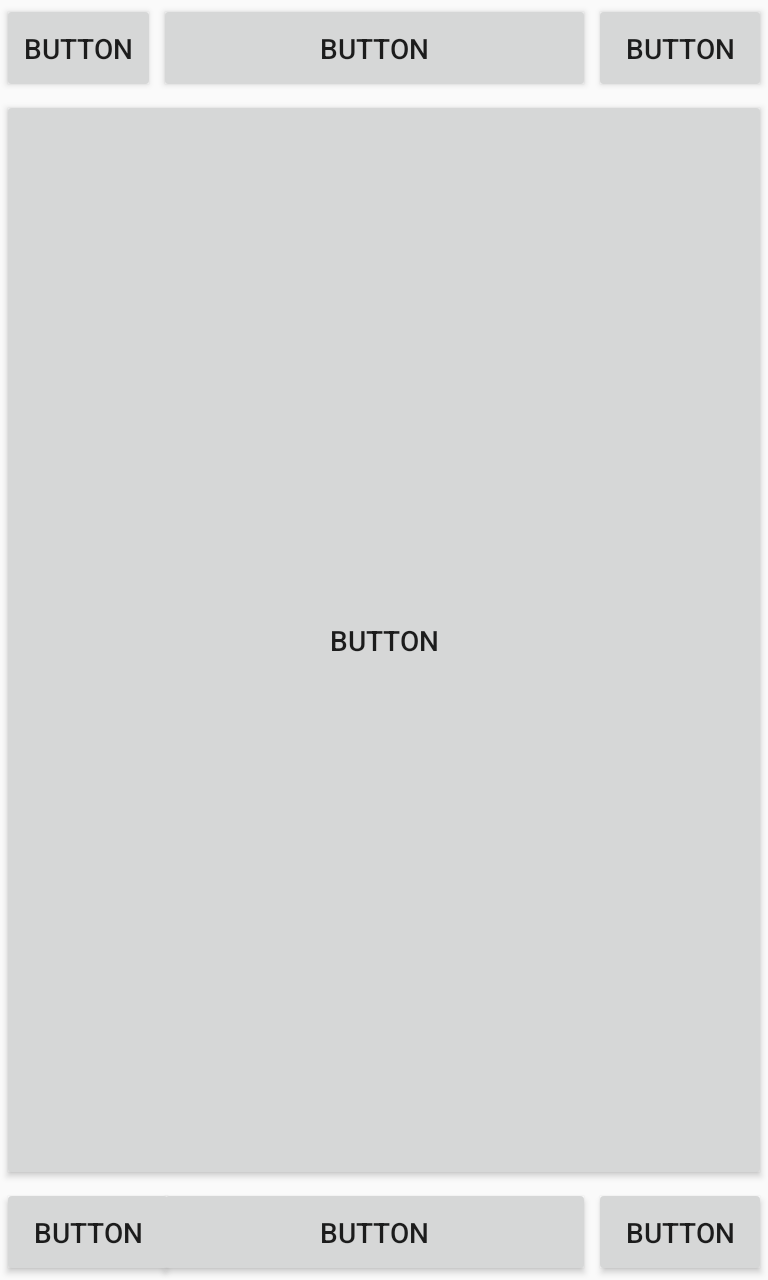
Repository: PaulAlfred/Android_Exercises
Layout: MoreLayouts/res/layout/relative_layout_top_bot_cent2.xml
An editor plug-in stored every save of this project. The layout is shown before and after the next save, followed by the edit.
It is drawn on a 768 x 1280 px phone screen (xhdpi) without system bars, with theme AppTheme; the app's code is not run. The app's manifest (not shown) leaves right-to-left support off. So textAlignment, textDirection and layoutDirection are ignored, and left and right values win over start and end ones.

Above is the layout before, as saved 2014-10-27 01:23:13.

### MoreLayouts/res/layout/relative_layout_top_bot_cent2.xml
<?xml version="1.0" encoding="utf-8"?>
<RelativeLayout xmlns:android="http://schemas.android.com/apk/res/android"
    android:layout_width="match_parent"
    android:layout_height="match_parent" >

    <Button
        android:id="@+id/button1"
        style="?android:attr/buttonStyleSmall"
        android:layout_width="wrap_content"
        android:layout_height="wrap_content"
        android:layout_alignParentLeft="true"
        android:text="Button" />

    <Button
        android:id="@+id/button2"
        android:layout_width="wrap_content"
        android:layout_height="wrap_content"
        android:layout_toLeftOf="@id/button3"
        android:layout_toRightOf="@id/button1"
        android:text="Button" />

    <Button
        android:id="@+id/button3"
        android:layout_width="wrap_content"
        android:layout_height="wrap_content"
        android:layout_alignParentRight="true"
        android:text="Button" />

    <Button
        android:id="@+id/button4"
        android:layout_width="wrap_content"
        android:layout_height="wrap_content"
        android:layout_alignParentBottom="true"
        android:layout_alignParentLeft="true"
        android:layout_alignParentRight="false"
        android:text="Button"
        android:textSize="14dp" />

    <Button
        android:id="@+id/button5"
        android:layout_width="wrap_content"
        android:layout_height="wrap_content"
        android:layout_alignParentBottom="true"
        android:layout_toLeftOf="@id/button3"
        android:layout_toRightOf="@id/button1"
        android:layout_toStartOf="@id/button4"
        android:text="Button" />

    <Button
        android:id="@+id/button6"
        android:layout_width="wrap_content"
        android:layout_height="wrap_content"
        android:layout_alignParentBottom="true"
        android:layout_alignParentRight="true"
        android:text="Button" />

    <Button
        android:id="@+id/button7"
        android:layout_width="wrap_content"
        android:layout_height="wrap_content"
        android:layout_above="@id/button4"
        android:layout_alignParentLeft="true"
        android:layout_alignParentRight="true"
        android:layout_below="@id/button2"
        android:text="Button" />

</RelativeLayout>

Loaded but not shown: MoreLayouts/res/values/styles.xml (common file); MoreLayouts/res/values-v11/styles.xml (common file); MoreLayouts/res/values-v14/styles.xml (common file)

After the next save:
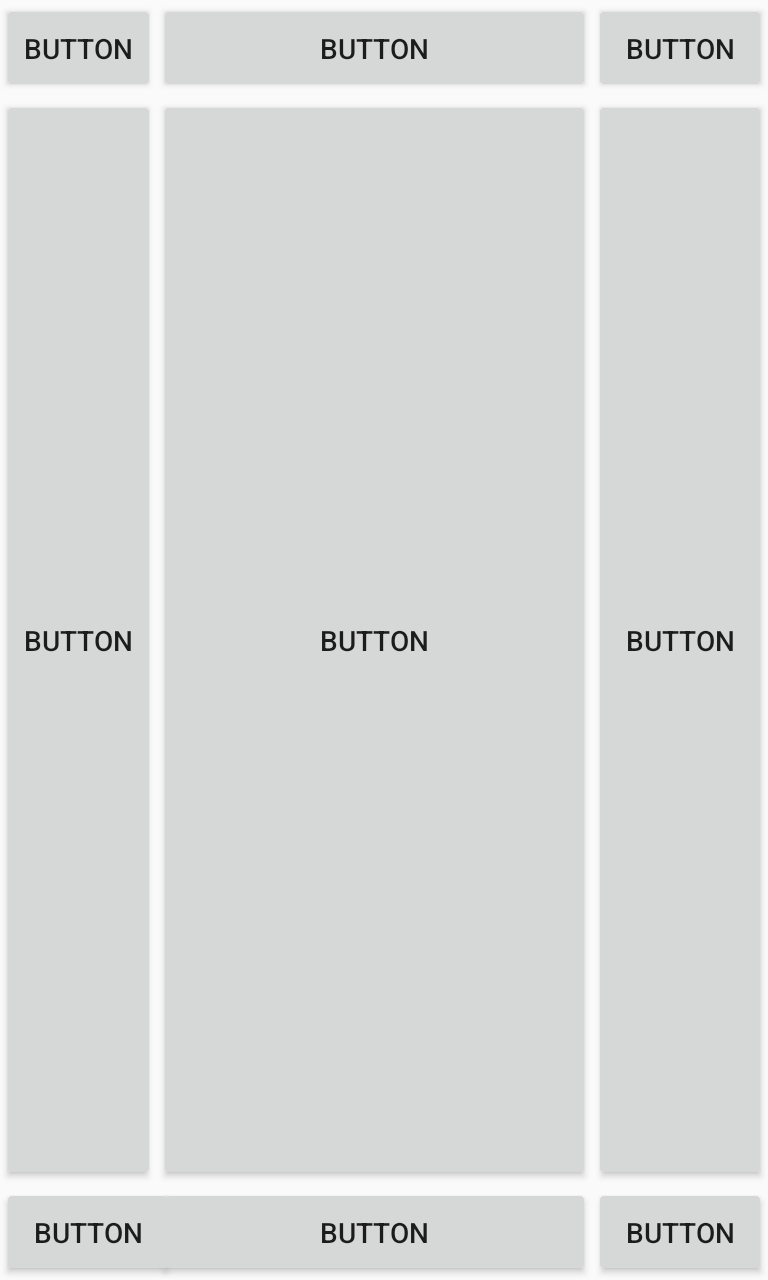
Saved 8 min 23 s later.
--- a/MoreLayouts/res/layout/relative_layout_top_bot_cent2.xml
+++ b/MoreLayouts/res/layout/relative_layout_top_bot_cent2.xml
@@ -60,8 +60,27 @@
         android:layout_height="wrap_content"
         android:layout_above="@id/button4"
         android:layout_alignParentLeft="true"
+        android:layout_below="@id/button1"
+        android:layout_toLeftOf="@+id/button2"
+        android:text="Button" />
+
+    <Button
+        android:id="@+id/button8"
+        android:layout_width="wrap_content"
+        android:layout_height="wrap_content"
+        android:layout_above="@id/button5"
+        android:layout_below="@id/button2"
+        android:layout_toLeftOf="@id/button9"
+        android:layout_toRightOf="@id/button7"
+        android:text="Button" />
+
+    <Button
+        android:id="@+id/button9"
+        android:layout_width="wrap_content"
+        android:layout_height="wrap_content"
+        android:layout_above="@id/button6"
         android:layout_alignParentRight="true"
-        android:layout_below="@id/button2"
+        android:layout_below="@id/button3"
         android:text="Button" />
 
 </RelativeLayout>
